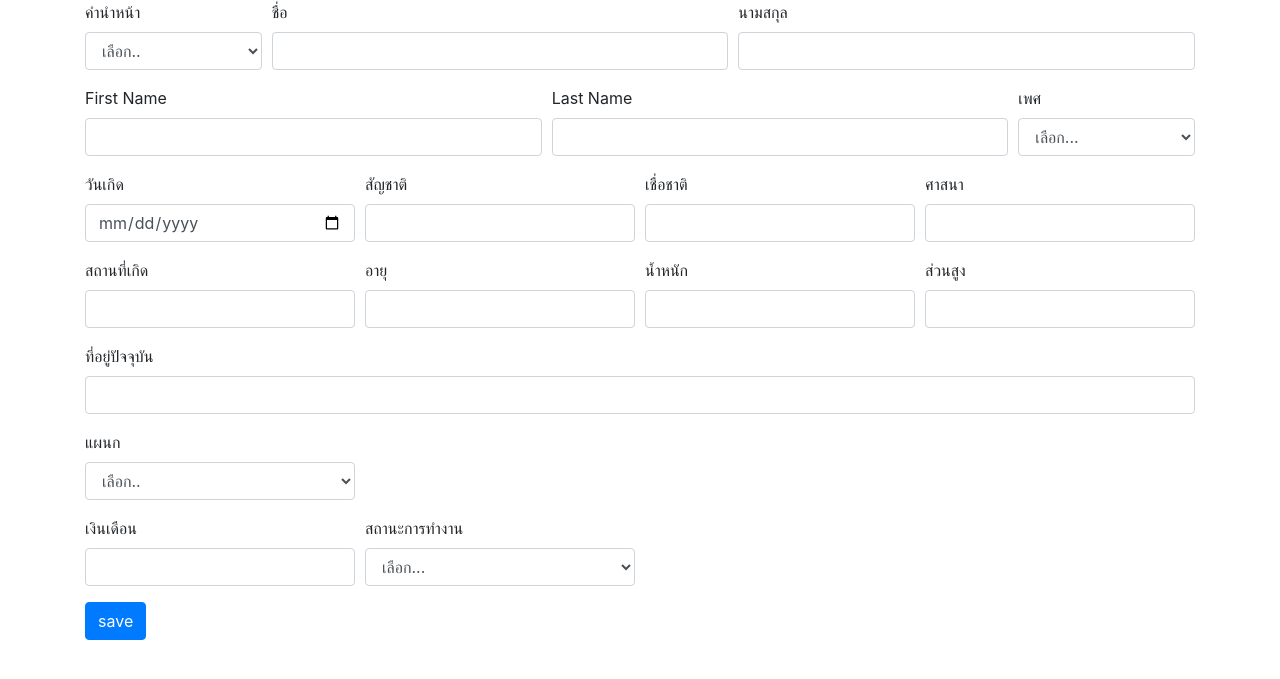
Repository: p2job/javawebapp
Page: http://localhost/demojsp/insert.jsp
The author's editor kept a copy of each file at every save. The page is drawn from the files as they stood at one save, then again after the next save.
The browser window is 1280 px wide. The pictures show the whole page.
The page is served by Tomcat 9. Queries for data that is not in the repository find no rows.

Above is the page before, as saved 2020-07-31 07:26:20.

### demojsp/WebContent/insert.jsp
<%@page contentType="text/html" pageEncoding="UTF-8"%>
<%@ page import="java.sql.*"  %>
<!DOCTYPE html>
<html>

<head>
    <meta http-equiv="Content-Type" content="text/html; charset=UTF-8">
    <meta name="viewport" content="width=device-width, initial-scale=1, shrink-to-fit=no">
    <link rel="stylesheet" href="https://stackpath.bootstrapcdn.com/bootstrap/4.5.0/css/bootstrap.min.css" integrity="sha384-9aIt2nRpC12Uk9gS9baDl411NQApFmC26EwAOH8WgZl5MYYxFfc+NcPb1dKGj7Sk" crossorigin="anonymous">
    <title>Insert Employee</title>
</head>

<body>
    <div class="container">
        <form action="insert.jsp" method="post">
            <div class="form-row">
                <div class="form-group col-md-2">
                    <label for="inputName_Prefix">คำนำหน้า</label>
                    <select id="Name_Prefix" class="form-control" name="Name_Prefix">
                        <option selected>เลือก..</option>
                        <option value="นาย">นาย</option>
                        <option value="นาง">นาง</option>
                        <option value="นางสาว">นางสาว</option>
                    </select>
                </div>
                <div class="form-group col-md-5">
                    <label for="inputFirst_Name">ชื่อ</label>
                    <input type="text" class="form-control" id="First_Name" name="First_Name">
                </div>
                <div class="form-group col-md-5">
                    <label for="inputLast_Name">นามสกุล</label>
                    <input type="text" class="form-control" id="Last_Name" name="Last_Name">
                </div>
            </div>
            <div class="form-row">
                <div class="form-group col-md-5">
                    <label for="inputFirst_Name_Eng">First Name</label>
                    <input type="text" class="form-control" id="First_Name_Eng" name="First_Name_Eng">
                </div>
                <div class="form-group col-md-5">
                    <label for="inputLast_Name_Eng">Last Name</label>
                    <input type="text" class="form-control" id="Last_Name_Eng" name="Last_Name_Eng">
                </div>
                <div class="form-group col-md-2">
                    <label for="inputSex">เพศ</label>
                    <select id="Sex" class="form-control" name="Sex">
                        <option selected>เลือก...</option>
                        <option value="M">ชาย</option>
                        <option value="F">หญิง</option>
                    </select>
                </div>
            </div>
            <div class="form-row">
                <div class="form-group col-md-3">
                    <label for="inputBirth_Date">วันเกิด</label>
                    <input type="date" class="form-control" id="Birth_Date" name="Birth_Date">
                </div>
                <div class="form-group col-md-3">
                    <label for="inputPhone_Number">สัญชาติ</label>
                    <input type="text" class="form-control" id="Phone_Number" name="Phone_Number">
                </div>
                <div class="form-group col-md-3">
                    <label for="inputPhone_Number">เชื่อชาติ</label>
                    <input type="text" class="form-control" id="Phone_Number" name="Phone_Number">
                </div>
                <div class="form-group col-md-3">
                    <label for="inputPhone_Number">ศาสนา</label>
                    <input type="text" class="form-control" id="Phone_Number" name="Phone_Number">
                </div>
            </div>
            <div class="form-row">
                <div class="form-group col-md-3">
                    <label for="inputBirth_Date">สถานที่เกิด</label>
                    <input type="text" class="form-control" id="Birth_Date" name="Birth_Date">
                </div>
                <div class="form-group col-md-3">
                    <label for="inputPhone_Number">อายุ</label>
                    <input type="text" class="form-control" id="Phone_Number" name="Phone_Number">
                </div>
                <div class="form-group col-md-3">
                    <label for="inputPhone_Number">น้ำหนัก</label>
                    <input type="text" class="form-control" id="Phone_Number" name="Phone_Number">
                </div>
                <div class="form-group col-md-3">
                    <label for="inputPhone_Number">ส่วนสูง</label>
                    <input type="text" class="form-control" id="Phone_Number" name="Phone_Number">
                </div>
            </div>
            <div class="form-row">
                <div class="form-group col-md-12">
                    <label for="inputBirth_Date">ที่อยู่ปัจจุบัน</label>
                    <input type="text" class="form-control" id="Birth_Date" name="Birth_Date">
                </div>
            </div>
            <div class="form-row">
                <%
                Connection connect = null;
            	ResultSet rec = null;
            	Statement s= null;
	try {
		Class.forName("com.mysql.jdbc.Driver");
		connect =  DriverManager.getConnection("jdbc:mysql://localhost/employee" +
				"?user=root&password=");
		s = connect.createStatement();
		String sql="SELECT * FROM department";
		rec=s.executeQuery(sql);


	} catch (Exception e) {
		// TODO Auto-generated catch block
		out.println(e.getMessage());
		e.printStackTrace();
	}

	%>
                <div class="form-group col-md-3">
                    <label for="inputDepartment_ID">แผนก</label>
                    <select id="Department_ID" class="form-control" name="Department_ID">
                        <option selected>เลือก..</option>
                        <% while((rec!=null)&&(rec.next())) {%>
                        <option value="<%= rec.getString("Department_ID") %>"><%= rec.getString("Department_Name") %></option>
                         <% } %>
                    </select>
                </div>
            </div>
            <div class="form-row">
                <div class="form-group col-md-3">
                    <label for="inputSalary">เงินเดือน</label>
                    <input type="text" class="form-control" id="Salary" name="Salary">
                </div>
                <div class="form-group col-md-3">
                    <label for="inputStatus">สถานะการทำงาน</label>
                    <select id="Status" class="form-control" name="Status">
                        <option selected>เลือก...</option>
                        <option value="2">ทำงานอยู่</option>
                        <option value="1">พักงาน</option>
                        <option value="0">ลาออก</option>
                    </select>
                </div>
            </div>
            <button type="submit" class="btn btn-primary">save</button>
        </form>
    </div>


    <script src="https://code.jquery.com/jquery-3.5.1.slim.min.js" integrity="sha384-DfXdz2htPH0lsSSs5nCTpuj/zy4C+OGpamoFVy38MVBnE+IbbVYUew+OrCXaRkfj" crossorigin="anonymous"></script>
    <script src="https://cdn.jsdelivr.net/npm/popper.js@1.16.0/dist/umd/popper.min.js" integrity="sha384-Q6E9RHvbIyZFJoft+2mJbHaEWldlvI9IOYy5n3zV9zzTtmI3UksdQRVvoxMfooAo" crossorigin="anonymous"></script>
    <script src="https://stackpath.bootstrapcdn.com/bootstrap/4.5.0/js/bootstrap.min.js" integrity="sha384-OgVRvuATP1z7JjHLkuOU7Xw704+h835Lr+6QL9UvYjZE3Ipu6Tp75j7Bh/kR0JKI" crossorigin="anonymous"></script>
</body>

</html>

After the next save:
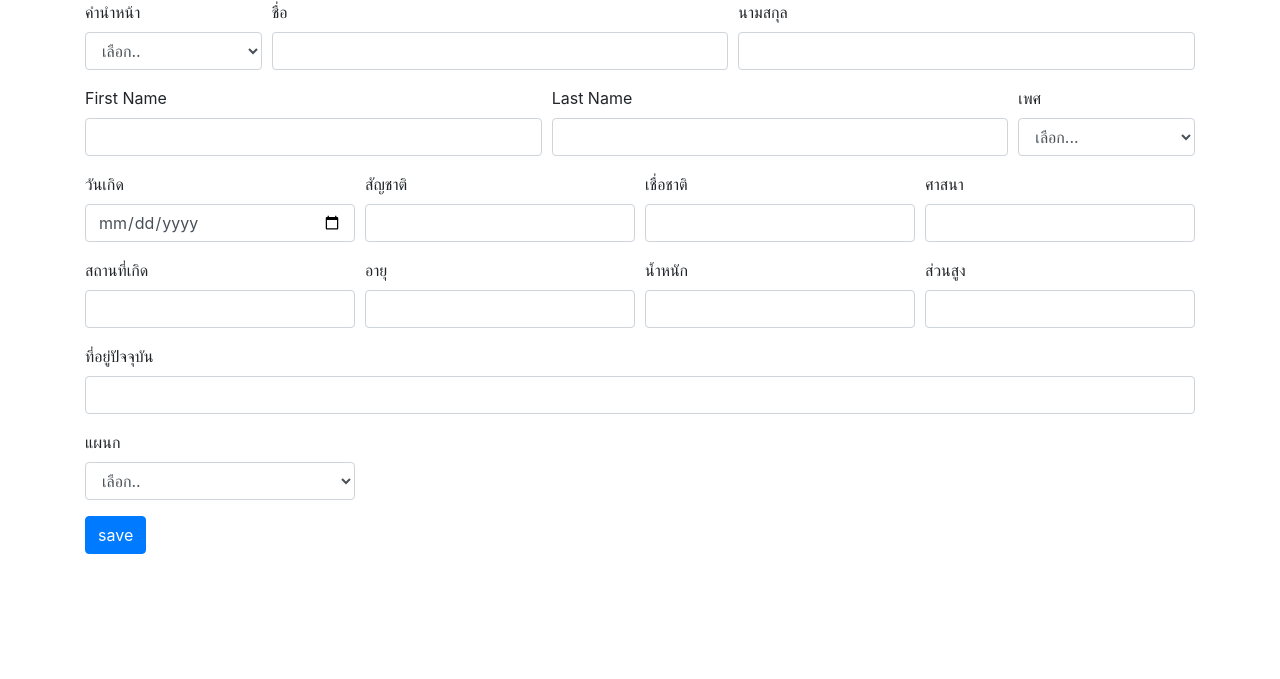
Saved 78 s later.
--- a/demojsp/WebContent/insert.jsp
+++ b/demojsp/WebContent/insert.jsp
@@ -123,21 +123,6 @@
                     </select>
                 </div>
             </div>
-            <div class="form-row">
-                <div class="form-group col-md-3">
-                    <label for="inputSalary">เงินเดือน</label>
-                    <input type="text" class="form-control" id="Salary" name="Salary">
-                </div>
-                <div class="form-group col-md-3">
-                    <label for="inputStatus">สถานะการทำงาน</label>
-                    <select id="Status" class="form-control" name="Status">
-                        <option selected>เลือก...</option>
-                        <option value="2">ทำงานอยู่</option>
-                        <option value="1">พักงาน</option>
-                        <option value="0">ลาออก</option>
-                    </select>
-                </div>
-            </div>
             <button type="submit" class="btn btn-primary">save</button>
         </form>
     </div>
